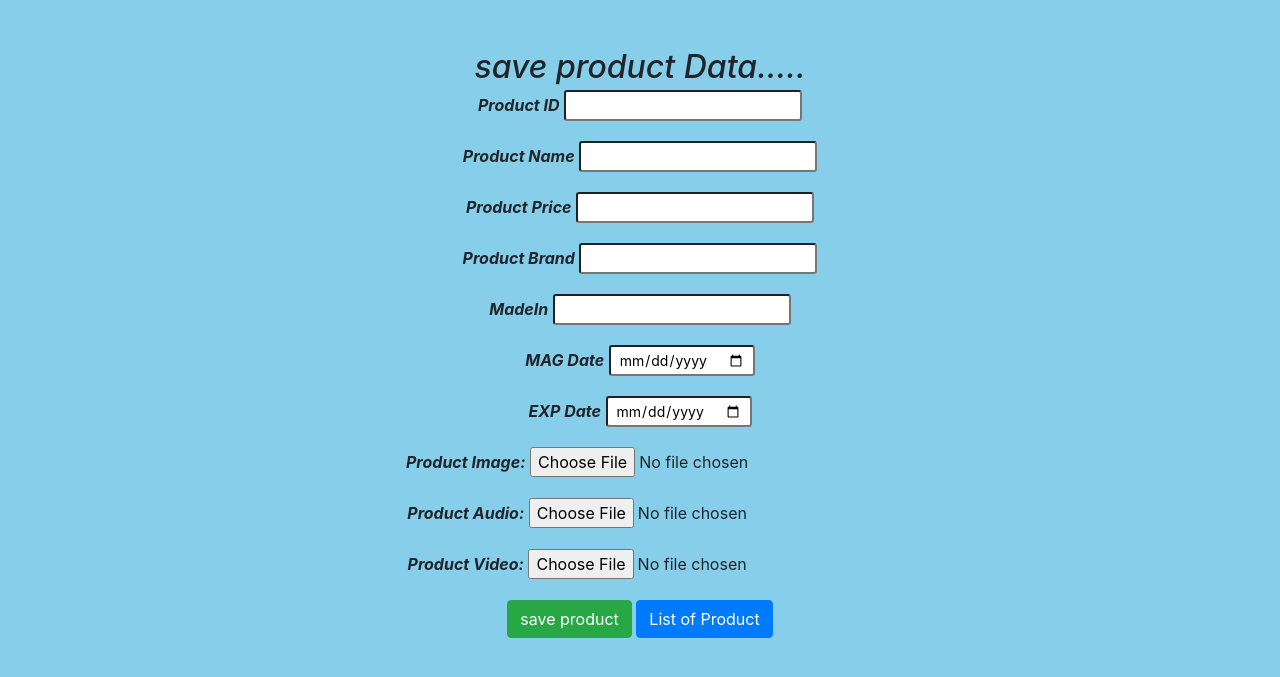
Repository: jrajesh111/Adv-java
Page: ProductAppproject/src/main/webapp/add-product.html
An editor plug-in stored every save of this project. The page is shown before and after the next save, followed by the edit.
The browser window is 1280 px wide. The pictures show the whole page.

Above is the page before, as saved 2024-03-13 03:58:53.

After the next save:
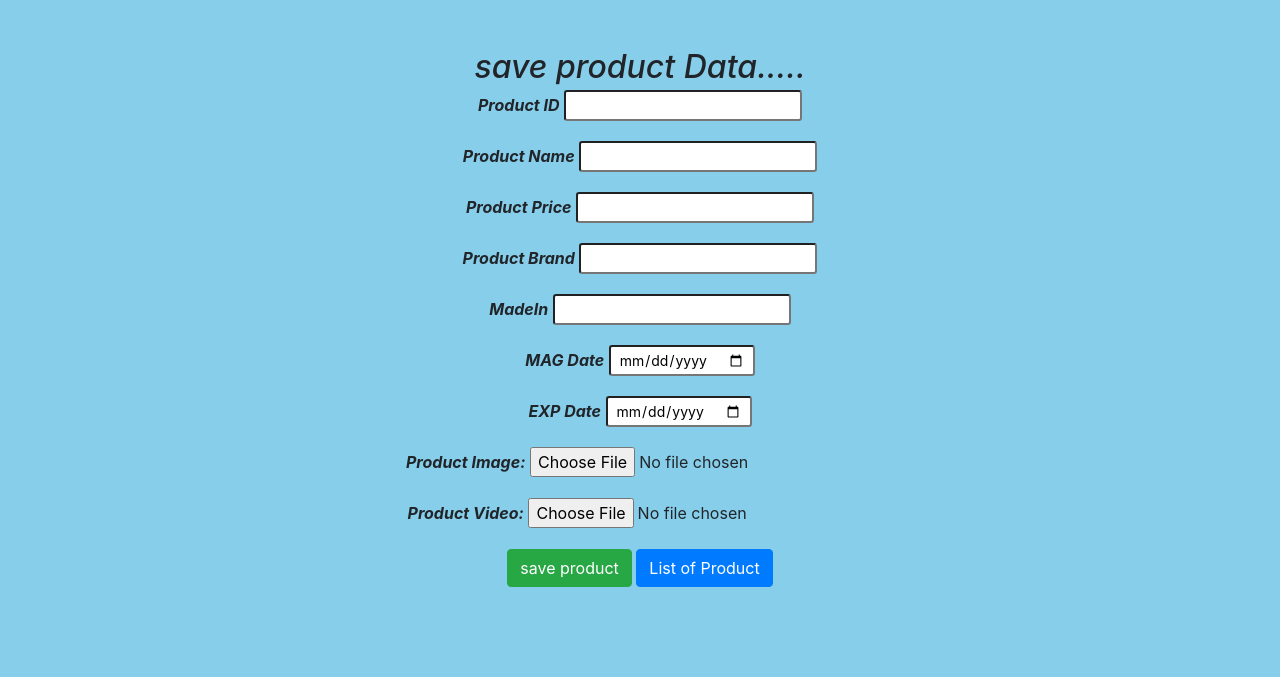
Saved 2 min 42 s later.
--- a/ProductAppproject/src/main/webapp/add-product.html
+++ b/ProductAppproject/src/main/webapp/add-product.html
@@ -66,10 +66,10 @@
 		</div>
 
 
-		<div class="form-group">
+		<!--  <div class="form-group">
 		<label class="font-italic font-weight-bold" for="proAudio" > Product Audio:</label>
 		<input type="file" class="form-control-file-sm" id="proAudio" name="proAudio" accept="audio/*" required >
-		</div>
+		</div> -->
 
 		<div class="form-group">
 		<label class="font-italic font-weight-bold" for="proVideo" > Product Video:</label>
